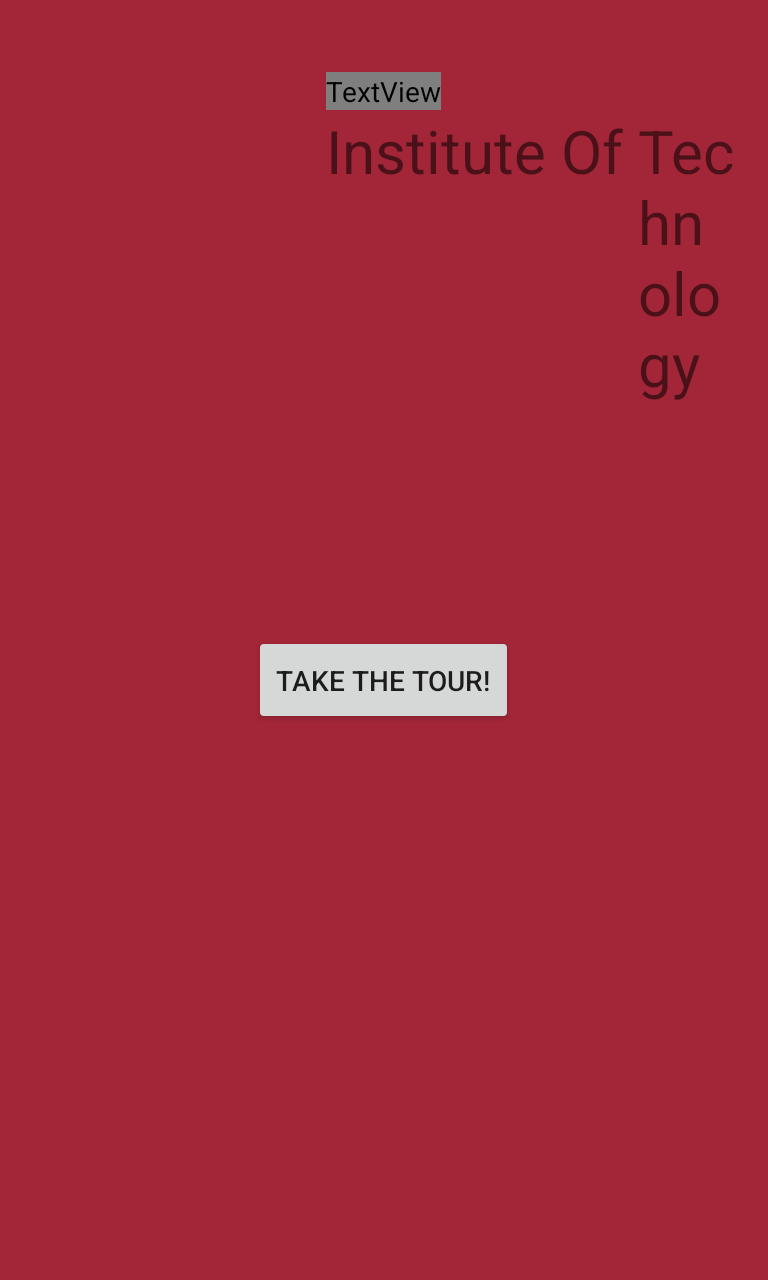
Repository: Klyros/StevensTourApp
Layout: StevensTourApp/res/layout/activity_home_screen.xml
The author's editor kept a copy of each file at every save. The layout is drawn from the files as they stood at one save, then again after the next save.
Pictures or frames that could not be fetched are drawn as grey boxes. It is drawn on a 768 x 1280 px phone screen (xhdpi) without system bars, with theme AppTheme; the app's code is not run.

Above is the layout before, as saved 2014-08-23 23:00:19.

### StevensTourApp/res/layout/activity_home_screen.xml
<RelativeLayout xmlns:android="http://schemas.android.com/apk/res/android"
    xmlns:tools="http://schemas.android.com/tools"
    android:layout_width="match_parent"
    android:layout_height="match_parent"
    android:paddingBottom="@dimen/activity_vertical_margin"
    android:paddingLeft="@dimen/activity_horizontal_margin"
    android:paddingRight="@dimen/activity_horizontal_margin"
    android:paddingTop="@dimen/activity_vertical_margin"
    tools:context="edu.stevens.stevenstourapp.HomeScreen" >



    <Button
        android:id="@+id/btnTour"
        android:layout_width="wrap_content"
        android:layout_height="wrap_content"
        android:layout_below="@+id/editText1"
        android:layout_centerHorizontal="true"
        android:layout_marginTop="300dp"
        android:text="Take the Tour!" />

    <TextView
        android:id="@+id/stevensTitle"
        android:layout_width="wrap_content"
        android:layout_height="wrap_content"
        android:layout_alignParentTop="true"
        android:layout_centerHorizontal="true"
		android:textSize="80sp"
		android:fontFamily="Angleterre Book"
        android:layout_marginTop="20dp"
        android:text="Stevens" />

        <TextView
            android:id="@+id/stevensInstitute"
            android:layout_width="wrap_content"
            android:layout_height="wrap_content"
            android:layout_alignLeft="@+id/stevensTitle"
            android:layout_below="@+id/stevensTitle"
            android:textSize="30sp"
            android:text="Institute " />

        <TextView
            android:id="@+id/stevensOf"
            android:layout_width="wrap_content"
            android:layout_height="wrap_content"
            android:layout_alignBaseline="@+id/stevensInstitute"
            android:layout_alignBottom="@+id/stevensInstitute"
            android:layout_toRightOf="@+id/stevensInstitute"
            android:textSize="30sp"
            android:text="Of " />

        <TextView
            android:id="@+id/stevensTechnology"
            android:layout_width="wrap_content"
            android:layout_height="wrap_content"
            android:layout_alignBaseline="@+id/stevensOf"
            android:layout_alignBottom="@+id/stevensOf"
            android:layout_toRightOf="@+id/stevensOf"
            android:textSize="30sp"
            android:text="Technology" />

</RelativeLayout>

### StevensTourApp/res/values/colors.xml
<?xml version="1.0" encoding="utf-8"?>
<resources>
    <color name="background">#A32638</color>
</resources>

Loaded but not shown: StevensTourApp/res/values/styles.xml (common file); StevensTourApp/res/values-v11/styles.xml (common file); StevensTourApp/res/values-v14/styles.xml (common file); StevensTourApp/res/values/dimens.xml (common file); StevensTourApp/res/values-w820dp/dimens.xml (common file)

After the next save:
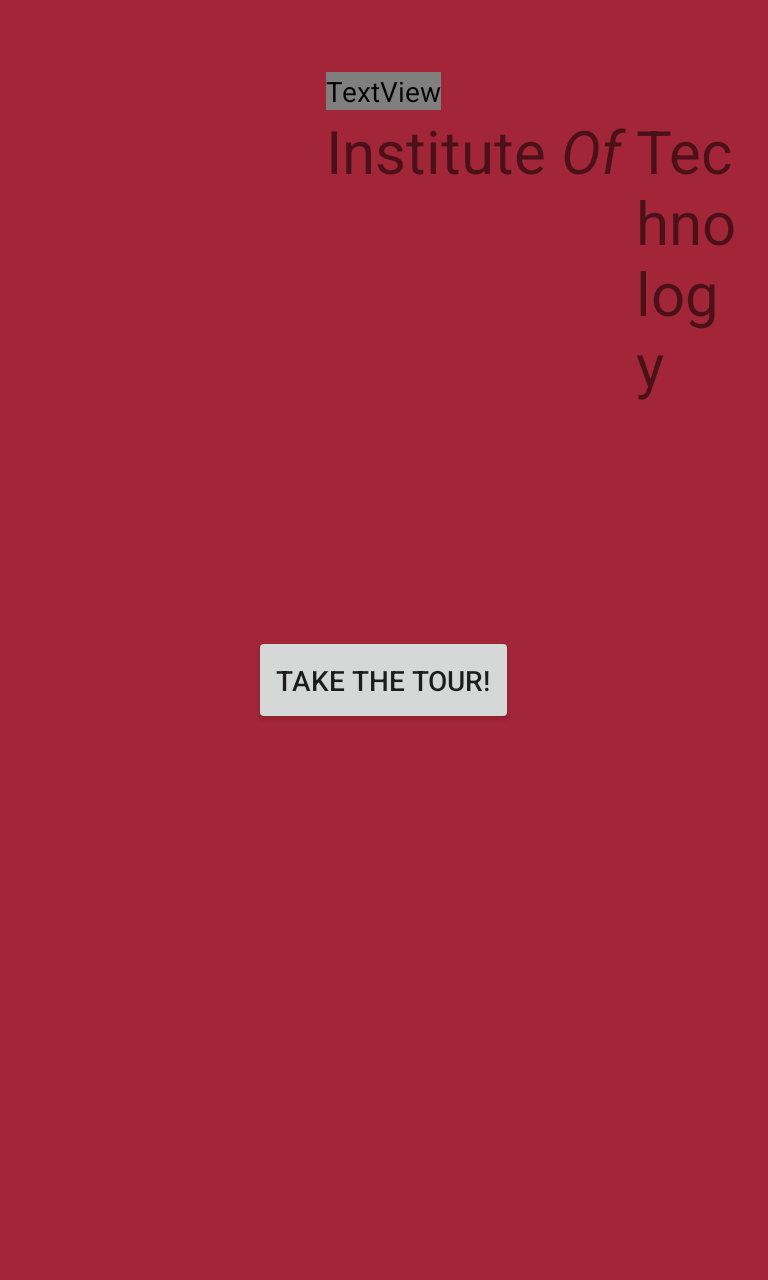
Saved 7 min 33 s later.
--- a/StevensTourApp/res/layout/activity_home_screen.xml
+++ b/StevensTourApp/res/layout/activity_home_screen.xml
@@ -46,6 +46,7 @@
             android:layout_alignBaseline="@+id/stevensInstitute"
             android:layout_alignBottom="@+id/stevensInstitute"
             android:layout_toRightOf="@+id/stevensInstitute"
+            android:textStyle="italic"
             android:textSize="30sp"
             android:text="Of " />
 
